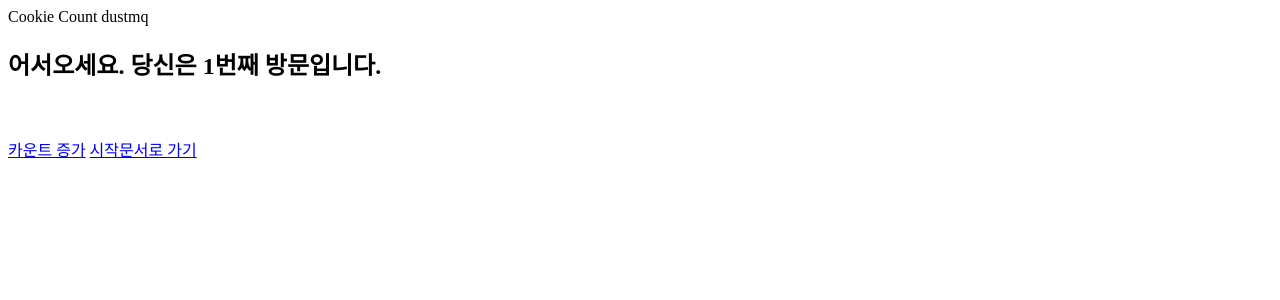
Repository: p2terkim/servletWork
Page: http://localhost/servletTest/CookieCountServlet.do
These files come from the project's save history. The page is drawn as it stood at one moment and after the next save; the edit follows.
The browser window is 1280 px wide. The pictures show the whole page.
The page is served by Tomcat 9.

Above is the page before, as saved 2021-05-18 04:48:10.

After the next save:
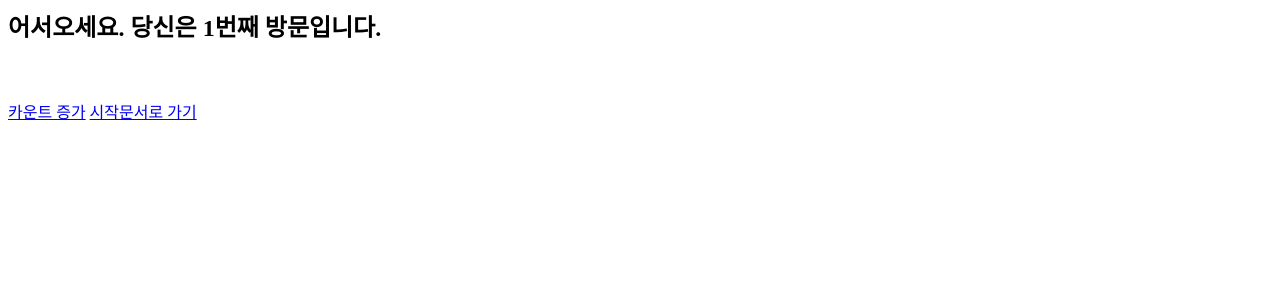
Saved 71 s later.
--- a/servletTest/src/kr/or/ddit/basic/cookie/CookieCountServlet.java
+++ b/servletTest/src/kr/or/ddit/basic/cookie/CookieCountServlet.java
@@ -43,7 +43,7 @@ public class CookieCountServlet extends HttpServlet {
 		Cookie countCookie = new Cookie("count", String.valueOf(count));
 		response.addCookie(countCookie);	//쿠키 추가
 
-		out.println("<html><head><meta charset='utf-8'><titlel>Cookie Count dustmq</title></head>");
+		out.println("<html><head><meta charset='utf-8'><title>Cookie Count 연습</title></head>");
 		out.println("<body>");
 		out.println("<h2>어서오세요. 당신은 " + count + "번째 방문입니다.</h2><br><br>");
 		out.println("<a href='" + request.getContextPath() + "/CookieCountServlet.do'>카운트 증가</a>");
